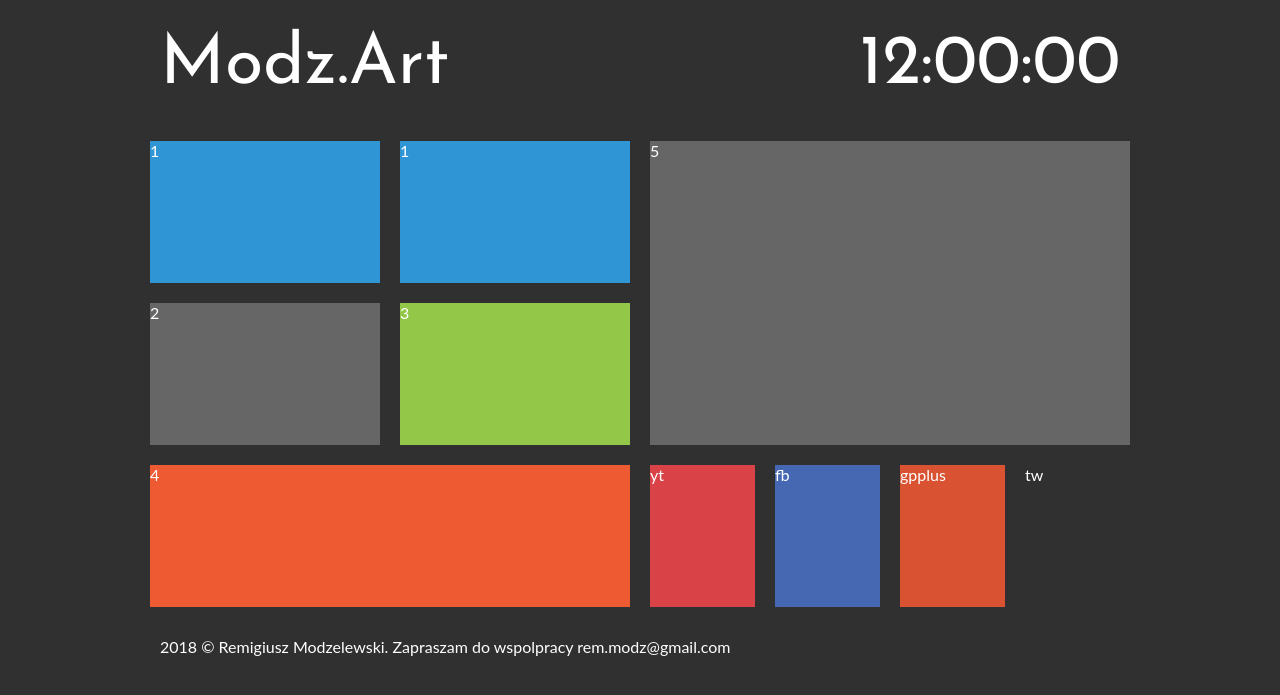
Repository: RemModz/Portfolio
Page: index.html
The author's editor kept a copy of each file at every save. The page is drawn from the files as they stood at one save, then again after the next save.
The browser window is 1280 px wide. The pictures show the whole page.

Above is the page before, as saved 2018-11-01 19:11:32.

### index.html
<!DOCTYPE html>
<html lang="en">
<head>
    <meta charset="UTF-8">
    <meta name="viewport" content="width=device-width, initial-scale=1.0">
    <meta http-equiv="X-UA-Compatible" content="ie=edge">
    <title>ModzArt - Portfolio</title>
    <meta name='description' content="Portfolio z tworczoscia Remka Modzelewskiego"/>
    <meta name='keywords' content="webdesign, webgraphics, drawing and vector art"/>

    <link rel="stylesheet" href="style.css" type="text/css"/>
    <link href="https://fonts.googleapis.com/css?family=Josefin+Sans&amp;subset=latin-ext" rel="stylesheet">
</head>
<body>
    <div id="container">

        <div class="rectangle">
            <div id="logo">Modz.Art</div>
            <div id="zegar">12:00:00</div>
            <div style="clear:both;"></div>
        </div>

        <div class="square">
            <div class="tile1">1</div>
            <div class="tile1">1</div>
            <div style="clear:both;"></div>

            <div class="tile2">2</div>
            <div class="tile3">3</div>
            <div style="clear:both;"></div>

            <div class="tile4">4</div>
        </div>

        <div class="square">
            <div class="tile5">5</div>
            <div class="yt">yt</div>
            <div class="fb">fb</div>
            <div class="gplus">gpplus</div>
            <div class="tw">tw</div>
            <div style="clear:both;"></div>



        </div>

        <div style="clear:both;"></div>

        <div class="rectangle"> 2018 &copy; Remigiusz Modzelewski. Zapraszam do wspolpracy rem.modz@gmail.com</div>
    </div>
</body>
</html>

### style.css
body {
    background-color: #303030;
    color: #ffffff;
    font-family: 'Lato', sans-serif;
    font-size: 20px'
}

#container {
    width: 1000px;
    margin-left: auto;
    margin-right: auto;
}

.rectangle {
    width: 960PX;
    margin: 20pX;
}

.square {
    width: 50%;
    float: left;
}

#logo {
    float: left;
    font-family: 'Josefin Sans', sans-serif;
    font-size: 70px;
    width: 600;
    margin-top: 10px;
    margin-bottom: 10px;
}

#zegar {
    float: right;
    font-family: 'Josefin Sans', sans-serif;
    font-size: 70px;
    margin-top: 10px;
    margin-bottom: 10px;
}
.tile1 {
    margin: 10px;
    width: 230px;
    height: 142px;
    background-color: #3095d5;
    float: left;
}

.tile2 {
    margin: 10px;
    width: 230px;
    height: 142px;
    background-color: #666666;
    float: left;
}
.tile3 {
    margin: 10px;
    width: 230px;
    height: 142px;
    background-color: #93c748;
    float: left;
}

.tile4 {
    margin: 10px;
    width: 480px;
    height: 142px;
    background-color: #ee5a32;

}

.tile5 {
    margin: 10px;
    width: 480px;
    height: 304px;
    background-color: #666666;
}

.yt {
    margin: 10px;
    width: 105px;
    height: 142px;
    background-color: #d94348;
    float: left;
}

.fb {
    margin: 10px;
    width: 105px;
    height: 142px;
    background-color: #4668b3;
    float: left;
}

.gplus {
    margin: 10px;
    width: 105px;
    height: 142px;
    background-color: #d95333;
    float: left;
}

.tw {
    margin: 10px;
    width: 105px;
    height: 142px;
    background-color: #d3095d3;
    float: left;
}

After the next save:
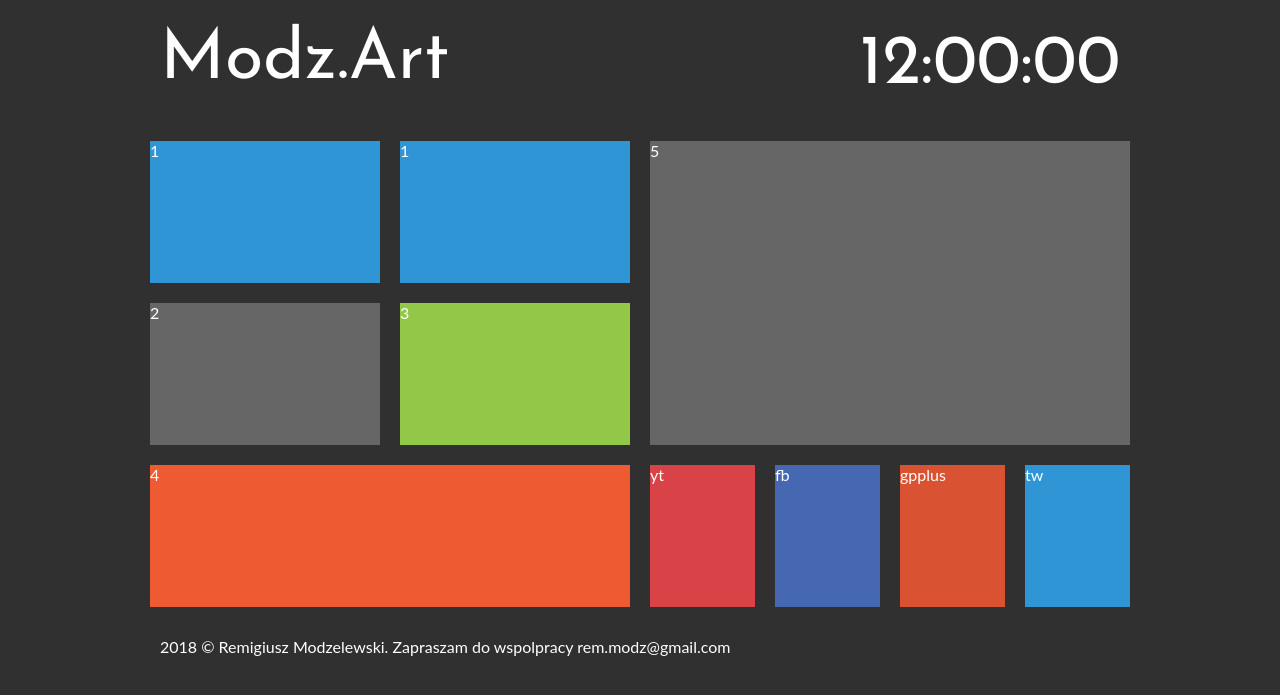
Saved 70 s later.
--- a/style.css
+++ b/style.css
@@ -26,7 +26,7 @@
     font-family: 'Josefin Sans', sans-serif;
     font-size: 70px;
     width: 600;
-    margin-top: 10px;
+    margin-top: 5px;
     margin-bottom: 10px;
 }
 
@@ -103,6 +103,6 @@
     margin: 10px;
     width: 105px;
     height: 142px;
-    background-color: #d3095d3;
+    background-color: #3095d5;
     float: left;
 }
